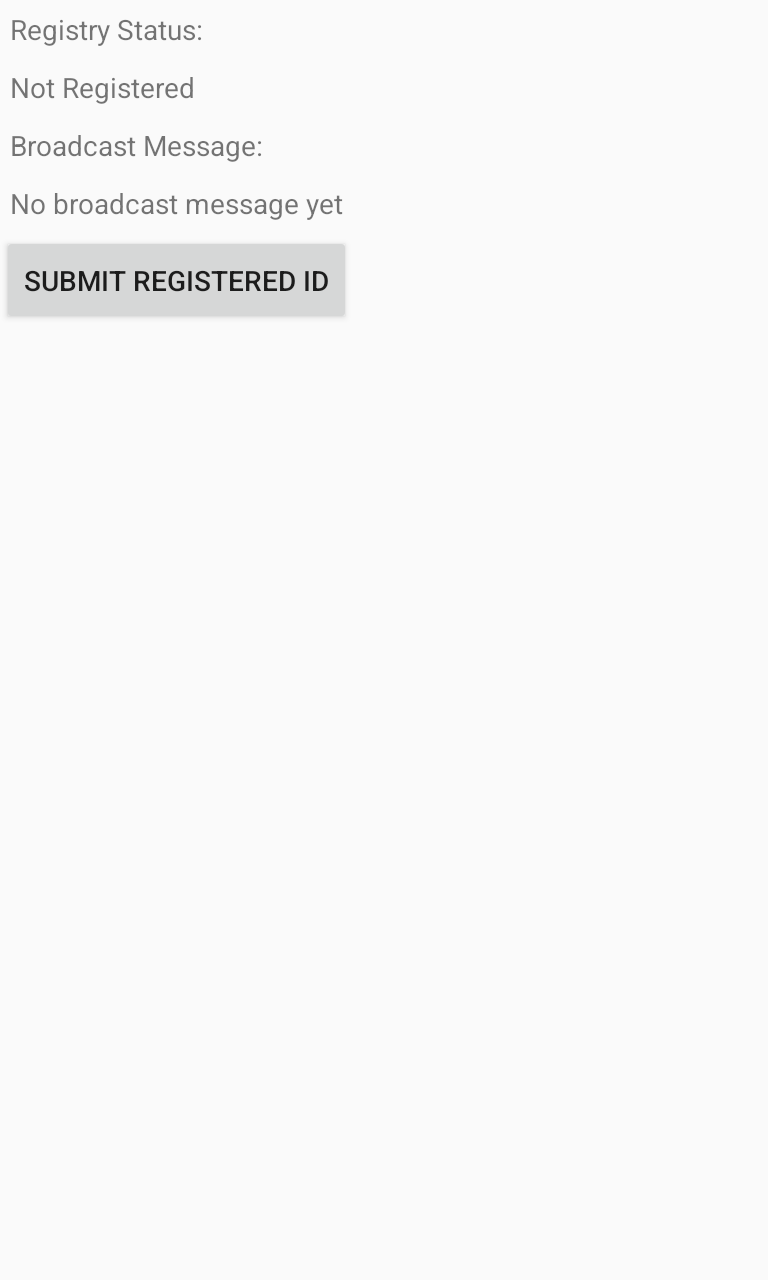
Repository: AlanTai/prjAppIntegration
Layout: prjCandyHouse/res/layout/activity_main.xml
An editor plug-in stored every save of this project. The layout is shown before and after the next save, followed by the edit.
It is drawn on a 768 x 1280 px phone screen (xhdpi) without system bars, with theme AppTheme; the app's code is not run.

Above is the layout before, as saved 2014-11-09 05:37:18.

### prjCandyHouse/res/layout/activity_main.xml
<LinearLayout
    xmlns:android="http://schemas.android.com/apk/res/android"
    xmlns:tools="http://schemas.android.com/tools"
    android:layout_width="match_parent"
    android:layout_height="match_parent"
    android:orientation="vertical">

    <TextView
        android:id="@+id/tvRegStatus"
        android:layout_width="match_parent"
        android:layout_height="wrap_content"
        android:padding="5dp"
        android:text="@string/registryStatus" />

    <TextView
        android:id="@+id/tvRegStatusResult"
        android:layout_width="match_parent"
        android:layout_height="wrap_content"
        android:padding="5dp"
        android:text="@string/registryStatusResult"/>

    <TextView
        android:id="@+id/tvMessageLabel"
        android:layout_width="match_parent"
        android:layout_height="wrap_content"
        android:padding="5dp"
        android:text="@string/broadcastLabel"/>

    <TextView
        android:id="@+id/tvMessage"
        android:layout_width="match_parent"
        android:layout_height="wrap_content"
        android:padding="5dp"
        android:text="@string/broadcastResult"/>

    <Button
        android:id="@+id/btnSubmitRegId"
        android:layout_width="wrap_content"
        android:layout_height="wrap_content"
        android:text="@string/btnSubmitRegId"/>

    <TextView
        android:layout_height="1dp"
        android:background="#000"/>

</LinearLayout>

### prjCandyHouse/res/values/strings.xml
<?xml version="1.0" encoding="utf-8"?>
<resources>

    <string name="app_name">appCandyHouse</string>
    <string name="hello_world">Hello world!</string>
    <string name="action_settings">Settings</string>

    <string name="registryStatus">Registry Status:</string>
    <string name="registryStatusResult">Not Registered</string>
    <string name="broadcastLabel">Broadcast Message:</string>
    <string name="broadcastResult">No broadcast message yet</string>
    <string name="btnSubmitRegId">Submit Registered ID</string>

</resources>

Loaded but not shown: prjCandyHouse/res/values/styles.xml (common file); prjCandyHouse/res/values-v11/styles.xml (common file); prjCandyHouse/res/values-v14/styles.xml (common file)

After the next save:
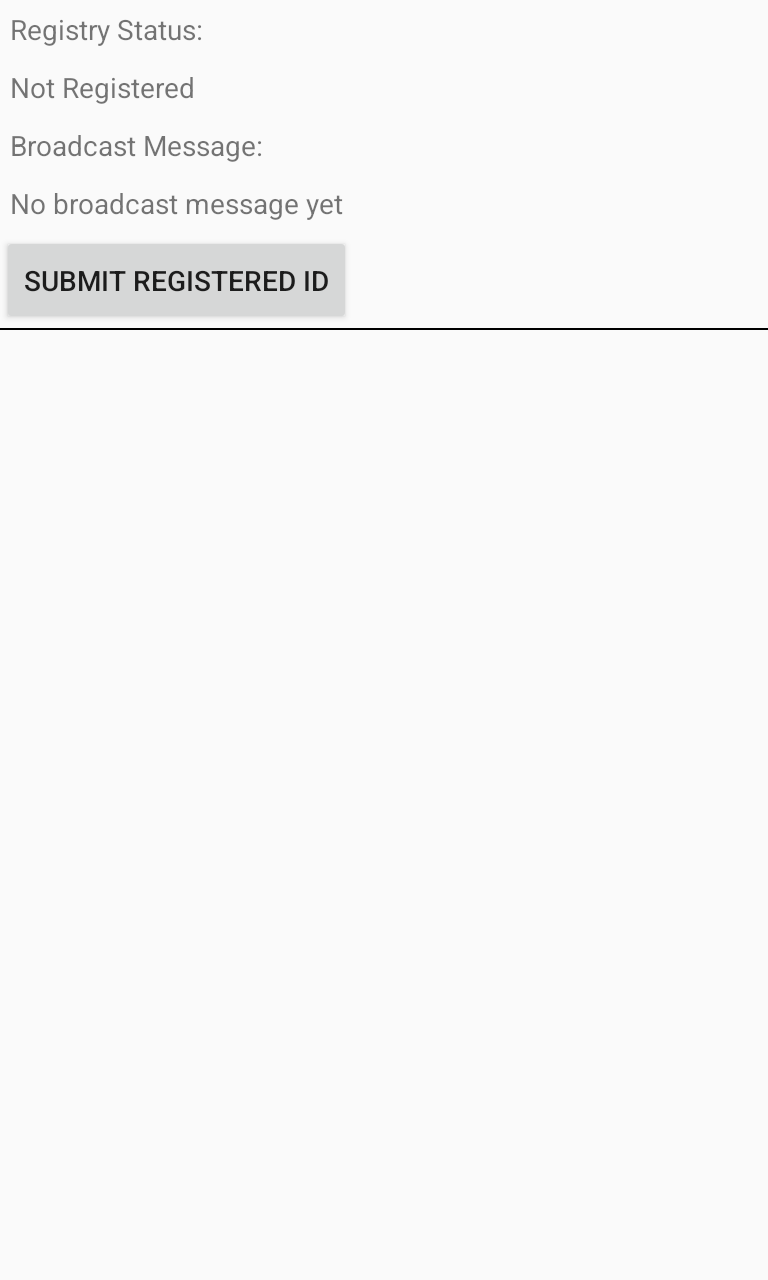
Saved 11 s later.
--- a/prjCandyHouse/res/layout/activity_main.xml
+++ b/prjCandyHouse/res/layout/activity_main.xml
@@ -41,6 +41,7 @@
 
     <TextView
         android:layout_height="1dp"
+        android:layout_width="match_parent"
         android:background="#000"/>
 
 </LinearLayout>
